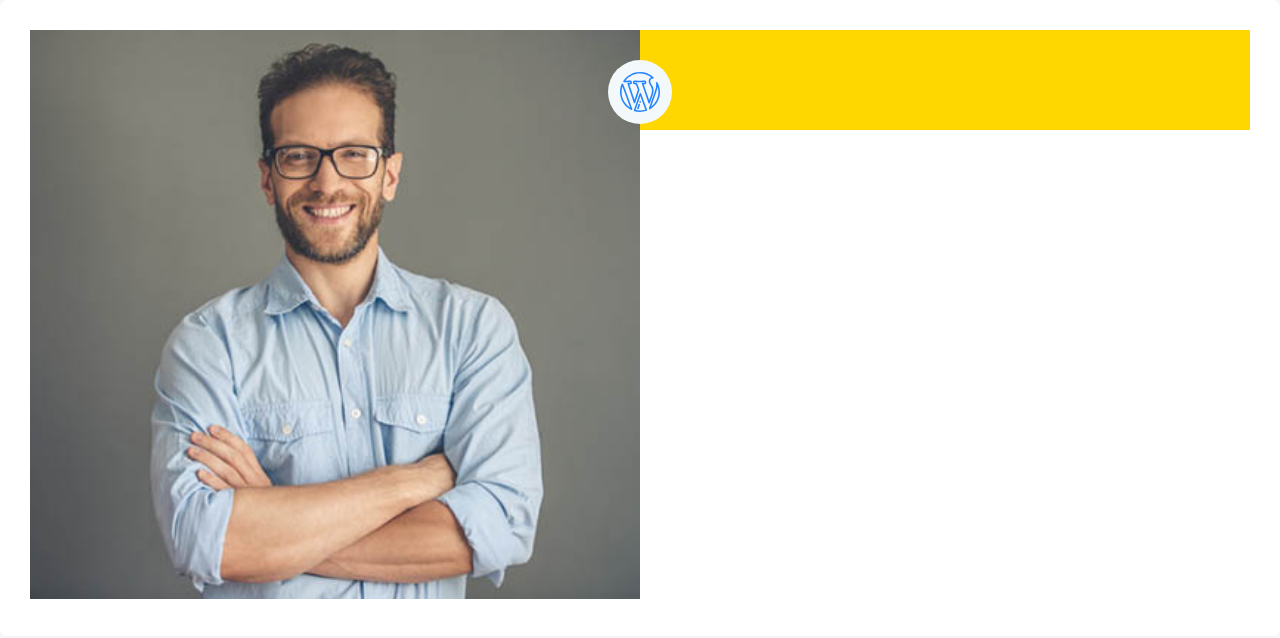
Repository: LeonUIO/first_website
Page: index.html
These files come from the project's save history. The page is drawn as it stood at one moment and after a run of saves; the edit follows.
The browser window is 1280 px wide. The pictures show the whole page.

Above is the page before, as saved 2021-04-05 12:33:10.

After the next 2 saves:
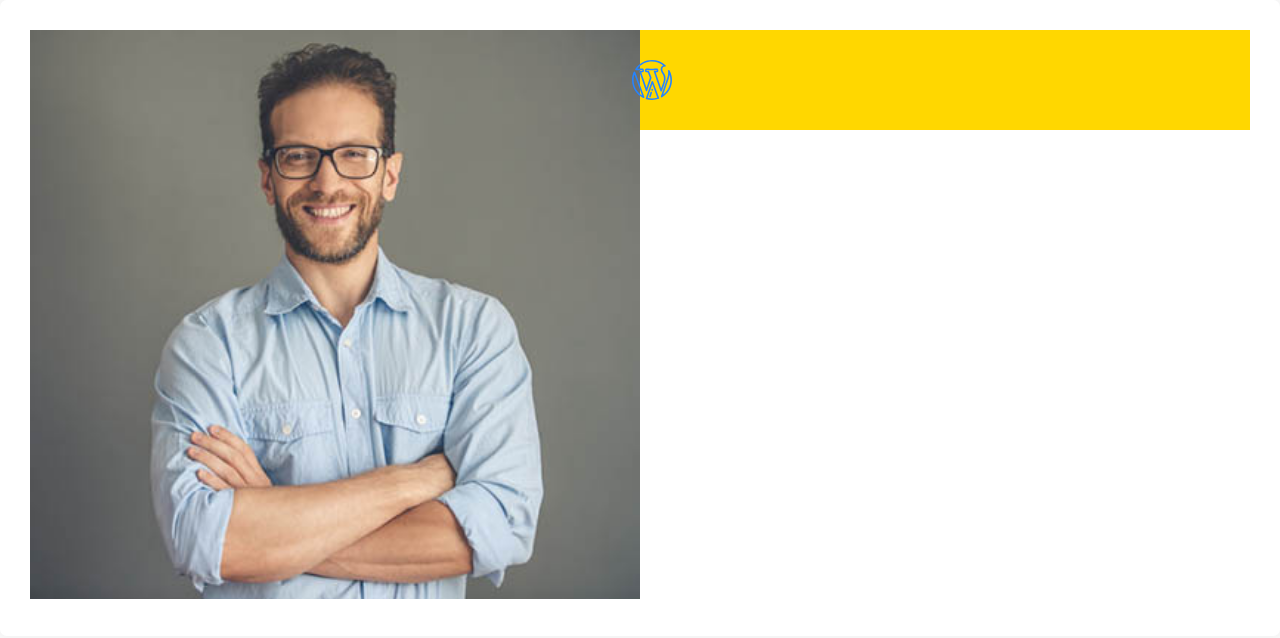
The 2 saves are shown as one change because they came seconds apart.
The last was saved 9 s later.
--- a/css/styles.css
+++ b/css/styles.css
@@ -161,6 +161,8 @@
 .icon--primary {
   fill: var(--color-primary);
 }
+
+.icon--w
 
 .icon-container {
   width: 64px;

After the 3 saves that followed:
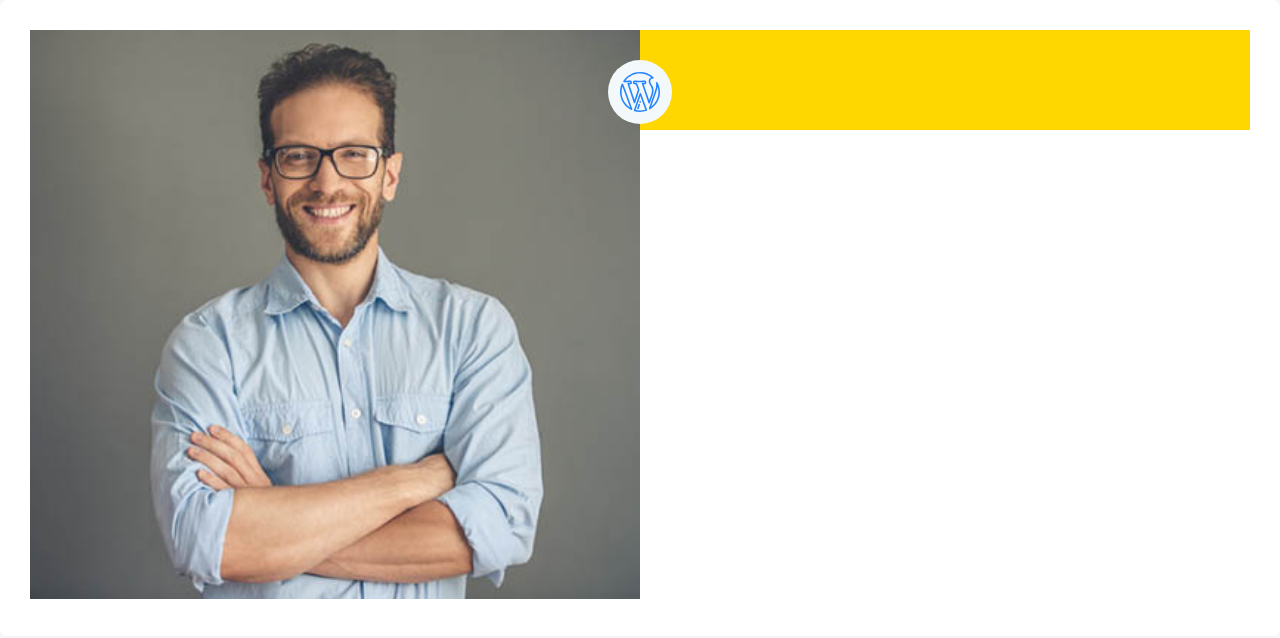
The 3 saves are shown as one change because they came seconds apart.
The last was saved 8 s later.
--- a/css/styles.css
+++ b/css/styles.css
@@ -162,7 +162,9 @@
   fill: var(--color-primary);
 }
 
-.icon--w
+.icon--white {
+  fill: #fff;
+}
 
 .icon-container {
   width: 64px;
